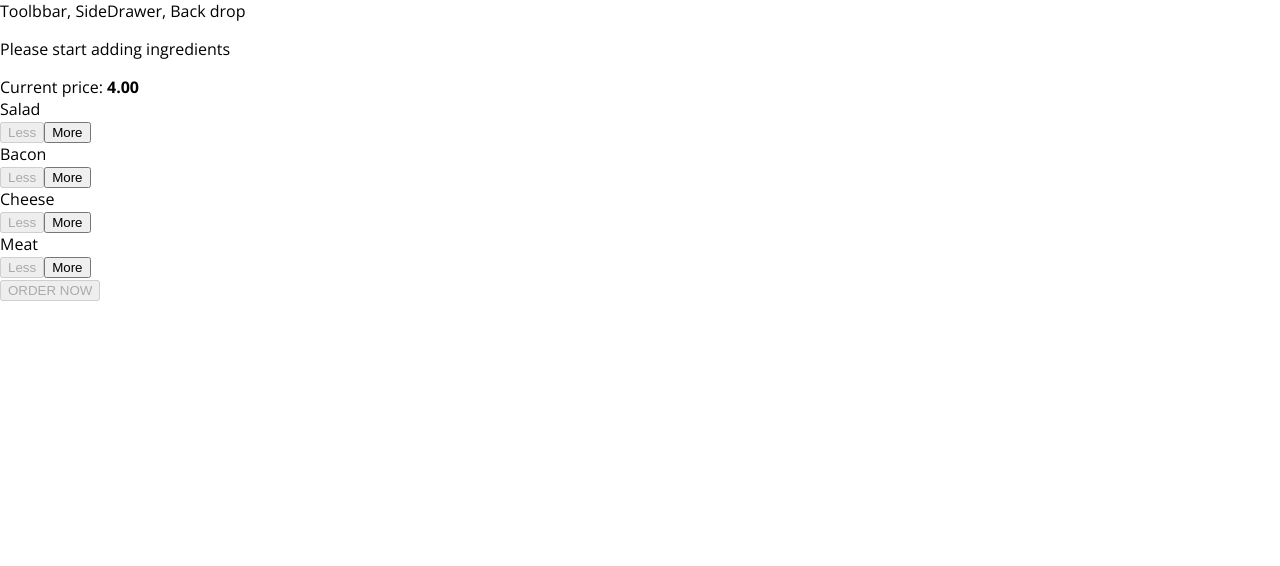
Repository: dunbom6612/burger-builder-app
Page: /
An editor plug-in stored every save of this project. The page is shown before and after the next save, followed by the edit.
The browser window is 1280 px wide. The pictures show the whole page.
The project was rebuilt for these pictures with package versions that can differ from the ones it lists, and the page was loaded fresh each time. Also part of the build but not shown: src/components/Layout/Layout.css, src/components/Burger/Burgeringredient/Burgeringredient.css, src/components/Burger/Burger.css, src/components/BuildControls/BuildControls.css, src/components/BuildControls/BuildControl/BuildControl.css, src/components/UI/Modal/Modal.css.

Above is the page before, as saved 2020-07-31 01:50:31.

### public/index.html
<!DOCTYPE html>
<html lang="en">
  <head>
    <meta charset="utf-8">
    <meta name="viewport" content="width=device-width, initial-scale=1, shrink-to-fit=no">
    <meta name="theme-color" content="#000000">
    <!--
      manifest.json provides metadata used when your web app is added to the
      homescreen on Android. See https://developers.google.com/web/fundamentals/engage-and-retain/web-app-manifest/
    -->
    <link rel="manifest" href="%PUBLIC_URL%/manifest.json">
    <link rel="shortcut icon" href="%PUBLIC_URL%/favicon.ico">
    <!--
      Notice the use of %PUBLIC_URL% in the tags above.
      It will be replaced with the URL of the `public` folder during the build.
      Only files inside the `public` folder can be referenced from the HTML.

      Unlike "/favicon.ico" or "favicon.ico", "%PUBLIC_URL%/favicon.ico" will
      work correctly both with client-side routing and a non-root public URL.
      Learn how to configure a non-root public URL by running `npm run build`.
    -->
    <link href="https://fonts.googleapis.com/css2?family=Open+Sans:wght@400;700&display=swap" rel="stylesheet">
    <title>Huy Burger</title>
  </head>
  <body>
    <noscript>
      You need to enable JavaScript to run this app.
    </noscript>
    <div id="root"></div>
    <!--
      This HTML file is a template.
      If you open it directly in the browser, you will see an empty page.

      You can add webfonts, meta tags, or analytics to this file.
      The build step will place the bundled scripts into the <body> tag.

      To begin the development, run `npm start` or `yarn start`.
      To create a production bundle, use `npm run build` or `yarn build`.
    -->
  </body>
</html>

### src/App.js
import React, { Component } from 'react';
import Layout from './components/Layout/Layout';
import BurgerBuilder from './containers/BurgerBuilder/BurgerBuilder';

class App extends Component {
  render() {
    return (
      <div className="App">
        <Layout>
          <BurgerBuilder />
        </Layout>
      </div>
    );
  }
}

export default App;

### src/components/Layout/Layout.js
import React from "react";
import Aux from "../../hoc/Aux";
import classes from './Layout.css'

const layout = (props) => (
  <Aux>
    <div>Toolbbar, SideDrawer, Back drop</div>
    <main className={classes.Content}>{props.children}</main>
  </Aux>
);

export default layout;

### src/containers/BurgerBuilder/BurgerBuilder.js
import React, { Component } from "react";
import Aux from "../../hoc/Aux";
import Burger from "../../components/Burger/Burger";
import BuildControls from "../../components/BuildControls/BuildControls";
import Modal from '../../components/UI/Modal/Modal';
import OrderSummary from '../../components/Burger/OrderSummary/OrderSummary'

const INGREDIENT_PRICES = {
  salad: 0.5,
  cheese: 0.4,
  meat: 1.3,
  bacon: 0.7,
};
class BurgerBuilder extends Component {
  state = {
    ingredients: {
      salad: 0,
      bacon: 0,
      cheese: 0,
      meat: 0,
    },
    totalPrice: 4,
    purchasable: false
  };

  updatePurchaseState(ingredients) {
    const sum = Object.keys(ingredients).map(igKey => {
      return ingredients[igKey]
    }).reduce((sum,el) => {
      return sum + el
    },0);
    this.setState({purchasable: sum > 0 });
  }

  addIngredientHandler = (type) => {
    const oldCount = this.state.ingredients[type];
    const updatedCount = oldCount + 1;
    const updateIngredients = {
      ...this.state.ingredients,
    };
    updateIngredients[type] = updatedCount;
    const priceAddition = INGREDIENT_PRICES[type];
    const oldPrice = this.state.totalPrice;
    const newPrice = oldPrice + priceAddition;
    this.setState({ totalPrice: newPrice, ingredients: updateIngredients });
    this.updatePurchaseState(updateIngredients);
  };

  removeIngredientHandler = (type) => {
    const oldCount = this.state.ingredients[type];
    if(oldCount <= 0){
        return;
    }
    const updatedCount = oldCount - 1 ;
    const updateIngredients = {
      ...this.state.ingredients,
    };
    updateIngredients[type] = updatedCount;
    const priceDeduction = INGREDIENT_PRICES[type];
    const oldPrice = this.state.totalPrice;
    const newPrice =
      oldPrice > priceDeduction ? oldPrice - priceDeduction : oldPrice;
    this.setState({ totalPrice: newPrice, ingredients: updateIngredients });
    this.updatePurchaseState(updateIngredients);
  };
  render() {
      const disabledInfo = {
          ...this.state.ingredients
      };
      for (let key in disabledInfo) {
          disabledInfo[key] = disabledInfo[key] <= 0
      }
    return (
      <Aux>
        <Modal >
          <OrderSummary ingredients={this.state.ingredients} />
        </Modal>
        <Burger ingredients={this.state.ingredients} />
        <BuildControls
          ingredientAdded={this.addIngredientHandler}
          ingredientRemoved={this.removeIngredientHandler}
          price={this.state.totalPrice}
          purchasable={this.state.purchasable}
          disabled={disabledInfo}
        />
      </Aux>
    );
  }
}

export default BurgerBuilder;

### src/components/Burger/Burger.js
import React from 'react'
import BurgerIngredient from './Burgeringredient/Burgeringredient'
import classes from './Burger.css'

const burger = (props) => {
    let transformedIngredient = Object.keys(props.ingredients).map(igKey => {
        return [...Array(props.ingredients[igKey])].map((_,i) => {
           return  <BurgerIngredient key={igKey + i} type={igKey} />
        });
    }).reduce((arr, el) => {
        return arr.concat(el);
    }, []);
    if(transformedIngredient.length === 0 ){
        transformedIngredient = <p> Please start adding ingredients</p>;
    }
    return (
        <div className={classes.Burger}>
            <BurgerIngredient type='bread-top'/>
            {transformedIngredient}
            <BurgerIngredient type='bread-bottom'/>
        </div>
    );


}

export default burger;

### src/components/BuildControls/BuildControls.js
import React from "react";
import classes from "./BuildControls.css";
import BuildControl from "./BuildControl/BuildControl";

const controls = [
  { label: "Salad", type: "salad" },
  { label: "Bacon", type: "bacon" },
  { label: "Cheese", type: "cheese" },
  { label: "Meat", type: "meat" },
];
const buildControls = (props) => (
  <div className={classes.BuildControls}>
    <div>
      Current price: <strong>{props.price.toFixed(2)}</strong>
    </div>
    {controls.map((ctrl) => (
      <BuildControl
        key={ctrl.label}
        label={ctrl.label}
        added={() => props.ingredientAdded(ctrl.type)}
        removed={() => props.ingredientRemoved(ctrl.type)}
        disabled={props.disabled[ctrl.type]}
      />
    ))}
    <button className={classes.OrderButton} disabled={!props.purchasable}> ORDER NOW</button>
  </div>
);

export default buildControls;

### src/components/UI/Modal/Modal.js
import React from 'react';
import classes from './Modal.css';

const modal = (props) => (
    <div className={classes.Modal}>
        {props.childern}
    </div>
);

export default modal;

### src/components/Burger/Burgeringredient/Burgeringredient.js
import React, { Component } from "react";
import PropTypes from "prop-types";
import classes from "./Burgeringredient.css";

class BurgerIngredient extends Component {
  render() {
    let ingredient = null;

    switch (this.props.type) {
      case "bread-bottom":
        ingredient = <div className={classes.BreadBottom}></div>;
        break;
      case "bread-top":
        ingredient = (
          <div className={classes.BreadTop}>
            <div className={classes.Seeds1}></div>
            <div className={classes.Seeds2}></div>
          </div>
        );
        break;
      case "meat":
        ingredient = <div className={classes.Meat}></div>;
        break;
      case "cheese":
        ingredient = <div className={classes.Cheese}></div>;
        break;
      case "bacon":
        ingredient = <div className={classes.Bacon}></div>;
        break;
      case "salad":
        ingredient = <div className={classes.Salad}></div>;
        break;
      default:
        ingredient = null;
    }

    return ingredient;
  }
}

BurgerIngredient.propTypes = {
  type: PropTypes.string.isRequired,
};

export default BurgerIngredient;

### src/components/BuildControls/BuildControl/BuildControl.js
import React from "react";
import classes from './BuildControl.css';



const buildControl = (props) => (
    <div className={classes.BuildControl}>
        <div className={classes.Label}>{props.label}</div>
        <button className={classes.Less} onClick={props.removed} disabled={props.disabled}>Less</button>
        <button className={classes.More} onClick={props.added}>More</button>
    </div>
);

export default buildControl;

### src/components/Burger/OrderSummary/OrderSummary.js
import React from "react";
import Aux from "../../../hoc/Aux";

const orderSummary = (props) => {
  const ingredientSummary = Object.keys(props.ingredients).map((igKey) => {
    return (
      <li key={igKey}>
        <span style={{ textTransform: "capitalize" }}>{igKey}</span>:
        {props.ingredient[igKey]}
      </li>
    );
  });
  console.log(ingredientSummary);
  return (
    <Aux>
      <h3>Your Order</h3>
      <p>A delicious burger with the following ingredients:</p>
      <ul>{ingredientSummary}</ul>
      <p>Continue to checkout?</p>
    </Aux>
  );
};

export default orderSummary;

Loaded but not shown: src/index.js (common file); src/index.css (common file); src/registerServiceWorker.js (common file); src/hoc/Aux.js (common file)

After the next save:
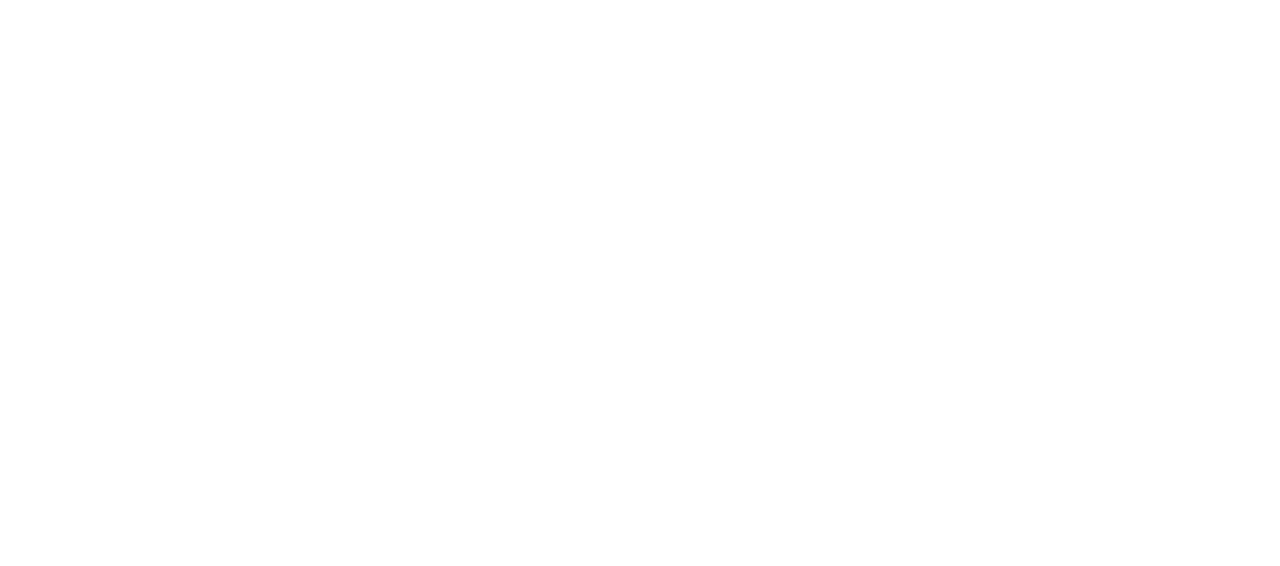
Console error: TypeError: Cannot read properties of undefined (reading 'salad')
Saved 44 s later.
--- a/src/components/UI/Modal/Modal.js
+++ b/src/components/UI/Modal/Modal.js
@@ -3,7 +3,7 @@ import classes from './Modal.css';
 
 const modal = (props) => (
     <div className={classes.Modal}>
-        {props.childern}
+        {props.children}
     </div>
 );
 

After the 2 saves that followed:
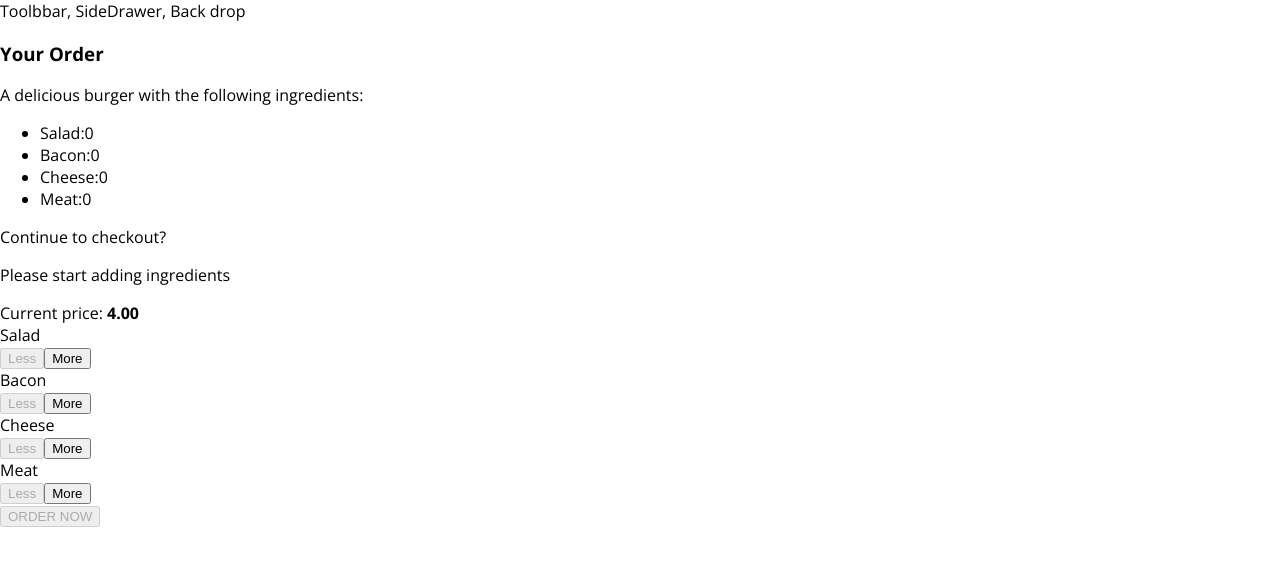
The error is gone.
The 2 saves are shown as one change because 1 left the picture as it was.
The last was saved 45 s later.
--- a/src/components/Burger/OrderSummary/OrderSummary.js
+++ b/src/components/Burger/OrderSummary/OrderSummary.js
@@ -6,7 +6,7 @@ const orderSummary = (props) => {
     return (
       <li key={igKey}>
         <span style={{ textTransform: "capitalize" }}>{igKey}</span>:
-        {props.ingredient[igKey]}
+        {props.ingredients[igKey]}
       </li>
     );
   });
